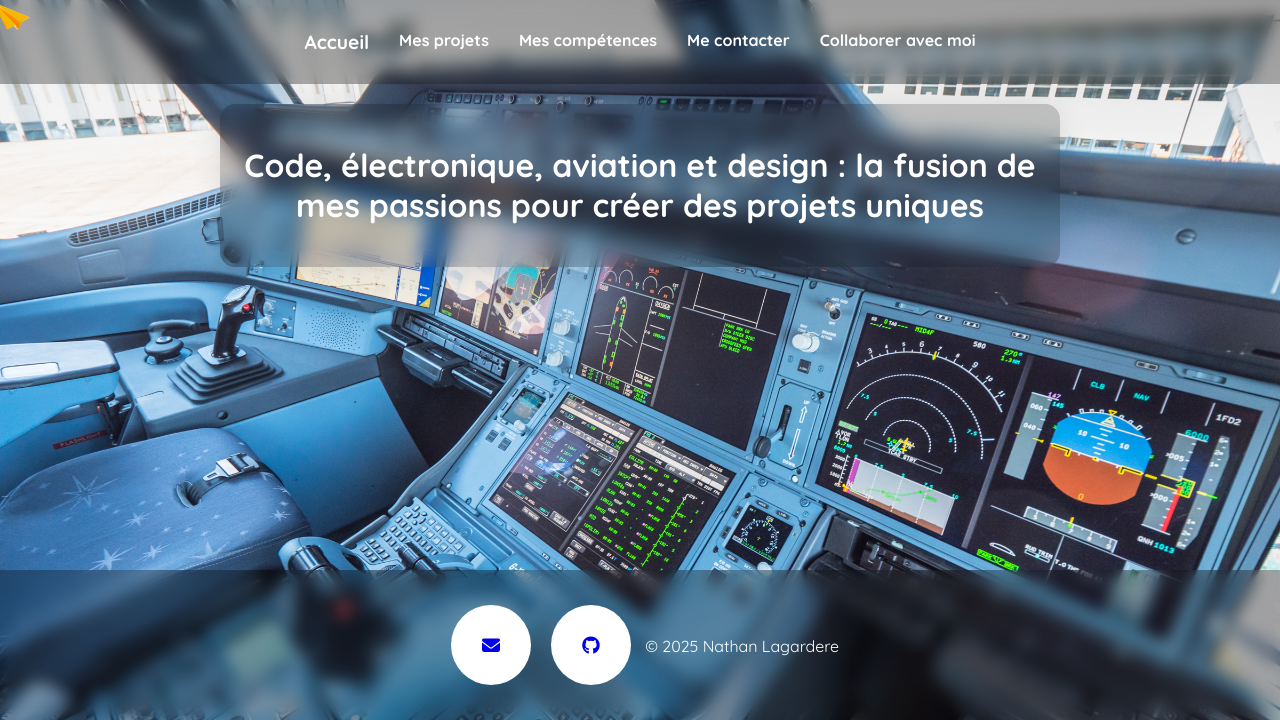
Repository: nlagardere/myportfolio
Page: contact.html
An editor plug-in stored every save of this project. The page is shown before and after the next save, followed by the edit.
The browser window is 1280 px wide. The pictures show the whole page.

Above is the page before, as saved 2025-09-06 11:24:24.

### contact.html
<!DOCTYPE html>
<html lang="en">
<head>
    <meta charset="UTF-8">
    <meta name="viewport" content="width=device-width, initial-scale=1.0">
    <title>Contact</title>
</head>
<body>
    <!DOCTYPE html>
<html lang="fr">
<head>
  <meta charset="UTF-8">
  <meta name="viewport" content="width=device-width, initial-scale=1.0">
  <title>Portfolio</title>

  <link href="https://fonts.googleapis.com/css2?family=Exo+2:wght@400;700&family=Quicksand:wght@400;700&display=swap" rel="stylesheet">
  <link rel="stylesheet" href="https://cdnjs.cloudflare.com/ajax/libs/font-awesome/6.5.0/css/all.min.css">

  <style>
    html{
      scroll-behavior: smooth;
      cursor: none;
    }

    body {
      font-family: 'Quicksand', sans-serif;
      margin: 0;
      padding: 0;
      min-height: 100vh;
      display: flex;
      flex-direction: column;
      background: url('a350.jpg') no-repeat center center;
      background-size: cover;
      color: #fff;

    }

    header {
      text-align: center;
      padding: 30px 20px;
      background: rgba(0,0,0,0.3);
      backdrop-filter: blur(8px);
    }

    .glasscard, .competences {
      background: rgba(0, 0, 0, 0.2);
      border-radius: 15px;
      padding: 20px;
      margin: 20px auto;
      max-width: 800px;
      backdrop-filter: blur(10px);
      box-shadow: 0 4px 30px rgba(0,0,0,0.1);
      text-align: center;
      animation: zoomPop 1s ease forwards;
      color: white;
    }

    .highlight {
      color: #FFD93D;
      font-weight: bold;
    }

    @keyframes zoomPop {
      0% { opacity: 0; transform: scale(0.1) translateZ(-800px); }
      60% { opacity: 1; transform: scale(1.2) translateZ(50px); }
      80% { transform: scale(0.95) translateZ(0); }
      100% { opacity: 1; transform: scale(1) translateZ(0); }
    }

    .wrapper {
      display: inline-flex;
      justify-content: center;
      list-style: none;
      padding: 20px 0;
      margin: 0 auto;
    }

    .wrapper .icon {
      position: relative;
      background: #ffffff;
      border-radius: 50%;
      padding: 15px;
      margin: 0 10px;
      width: 50px;
      height: 50px;
      font-size: 18px;
      display: flex;
      justify-content: center;
      align-items: center;
      cursor: pointer;
      transition: all 0.2s cubic-bezier(0.68, -0.55, 0.265, 1.55);
    }

    .wrapper .tooltip {
      position: absolute;
      bottom: 100%;
      left: 50%;
      transform: translateX(-50%) translateY(-10px);
      font-size: 14px;
      background: #333;
      color: #fff;
      padding: 5px 8px;
      border-radius: 5px;
      opacity: 0;
      pointer-events: none;
      white-space: nowrap;
      transition: all 0.3s cubic-bezier(0.68, -0.55, 0.265, 1.55);
      z-index: 10;
    }

    .wrapper .tooltip::before {
      content: "";
      position: absolute;
      top: 100%;
      left: 50%;
      transform: translateX(-50%) rotate(45deg);
      width: 8px;
      height: 8px;
      background: #333;
    }

    .wrapper .icon:hover .tooltip {
      opacity: 1;
      pointer-events: auto;
      transform: translateX(-50%) translateY(-15px);
    }

    .wrapper .mail:hover,
    .wrapper .mail:hover .tooltip,
    .wrapper .mail:hover .tooltip::before {
      background: #00CED1;
      color: #fff;
    }

    .wrapper .github:hover,
    .wrapper .github:hover .tooltip,
    .wrapper .github:hover .tooltip::before {
      background: #333333;
      color: #fff;
    }

    .footer{
      text-align: center;
      padding: 15px 20px;
      background: rgba(0,0,0,0.3);
      backdrop-filter: blur(8px);
      color: white;
      margin-top: auto;
    }

    .navbar ul {
      list-style: none;
      padding: 0;
      margin: 0;
      display: flex;
      justify-content: center;
      gap: 30px;
      flex-wrap: wrap;
    }
    .navbar ul li {
      display: inline;
    }
    .navbar ul li a {
      text-decoration: none;
      color: white;
      font-weight: bold;
      transition: color 0.3s;
    }
    .navbar ul li a:hover {
      color: #FFD93D;
    }

    .navbar .accueil a {
      font-size: 1.2em;
      font-weight: bold;
      color: #ffffff;
    }
    .navbar .accueil a:hover {
      color: #FFD93D;
    }

    .accueil-wrapper {
      background: rgba(255, 255, 255, 0.2);
      backdrop-filter: blur(10px);
      padding: 8px 20px;
      border-radius: 25px;
      color: #fff;
      font-weight: bold;
      transition: all 0.3s ease;
    }

    .accueil-wrapper:hover {
      background: rgba(255, 255, 255, 0.4);
      transform: scale(1.05);
      color: #FFD93D;
    }

    #mouse {
  position: fixed;
  top: 0;
  left: 0;
  width: 64px;
  height: 64px;
  background: url('cursor.png') no-repeat center center;
  background-size: contain;
  pointer-events: none; /* pour que le curseur ne bloque pas les clics */
  transform: translate(-50%, -50%);
  z-index: 9999;
  transform: translate(-35%, -25%);
  pointer-events: none;
}




    @media (max-width: 600px) {
      .letter-block .letter {
        font-size: 2.5em;
      }
    }

  </style>
</head>
<body>
  <div id="mouse"></div>
  <header>
    <nav class="navbar">
      <ul>
        <li class="accueil">
          <a href="index - Copie.html">Accueil</a>
        </li>
        <li><a href="projects.html">Mes projets</a></li>
        <li><a href="competences.html">Mes compétences</a></li>
        <li><a href="contact.html">Me contacter</a></li>
        <li><a href="collaborate.html">Collaborer avec moi</a></li>
      </ul>
    </nav>
  </header>
  <div class="glasscard">
    <h1>Code, électronique, aviation et design : la fusion de mes passions pour créer des projets uniques</h1>
  </div>


  <div class="footer">
    <ul class="wrapper">
      <li class="icon mail">
        <a href="mailto:nathan.lagardere@gmail.com" target="_blank">
          <span class="tooltip">Mail</span>
          <i class="fas fa-envelope"></i>
        </a>
      </li>
      <li class="icon github">
        <a href="https://github.com/nlagardere" target="_blank">
          <span class="tooltip">Github</span>
          <i class="fab fa-github"></i>
        </a>
      </li>
    </ul>
    © 2025 Nathan Lagardere
  </div>

  <script>
    const mouse = document.querySelector('#mouse')
    window.addEventListener('mousemove', (e) => {
      mouse.style.top = e.pageY + 'px'
      mouse.style.left = e.pageX + 'px'
    })
  </script>
</body>
</html>

</body>
</html>

After the next save:
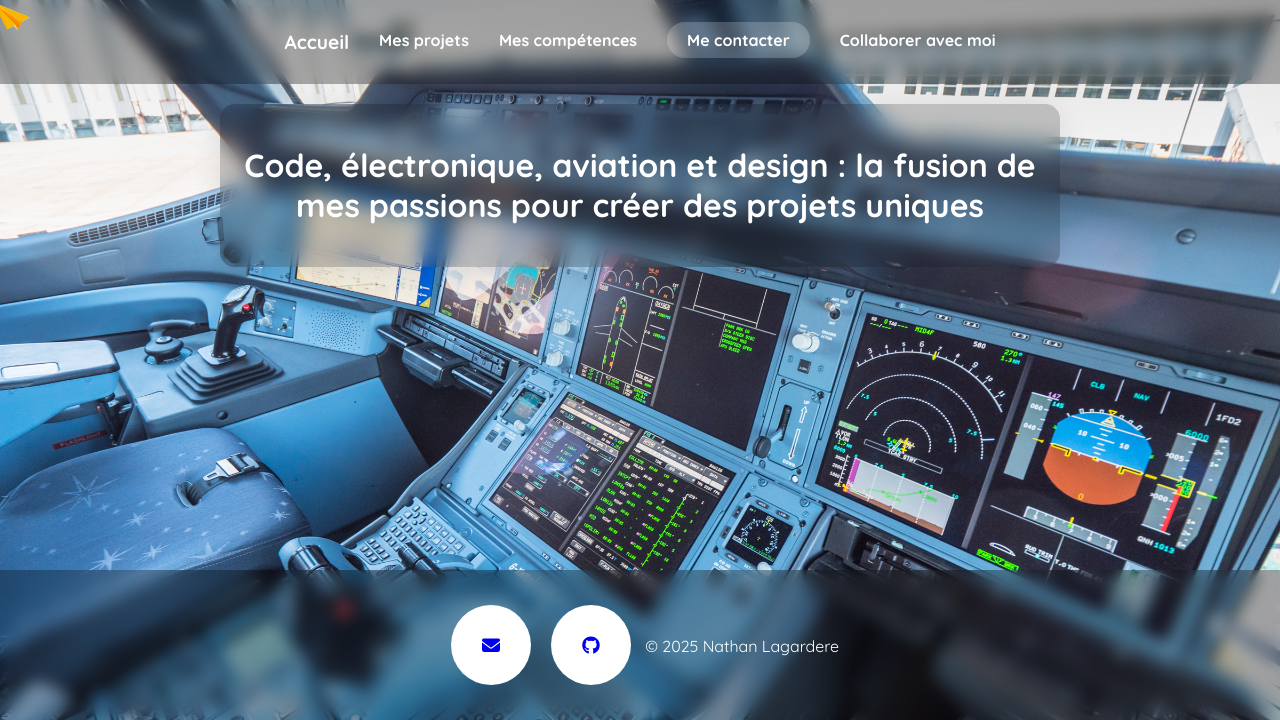
Saved 4 s later.
--- a/contact.html
+++ b/contact.html
@@ -231,7 +231,7 @@
         </li>
         <li><a href="projects.html">Mes projets</a></li>
         <li><a href="competences.html">Mes compétences</a></li>
-        <li><a href="contact.html">Me contacter</a></li>
+        <li><a href="contact.html"  class="accueil-wrapper">Me contacter</a></li>
         <li><a href="collaborate.html">Collaborer avec moi</a></li>
       </ul>
     </nav>
